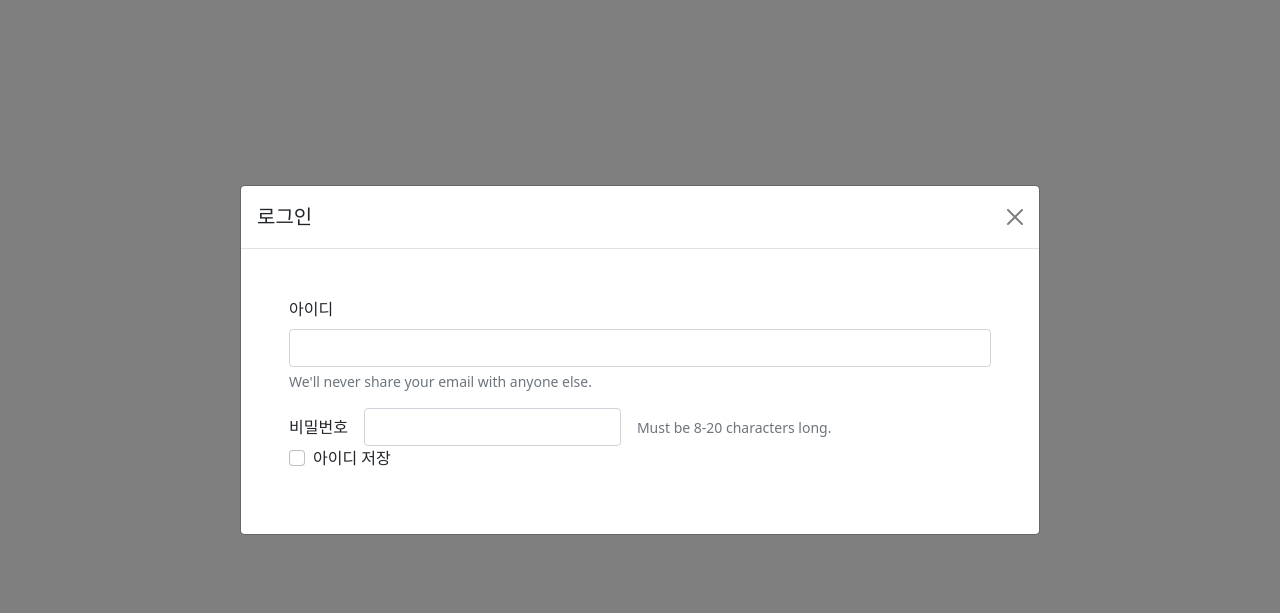
Repository: hyunha95/selfStudy
Page: http://localhost/spring-board/WEB-INF/views/member/login.jsp
An editor plug-in stored every save of this project. The page is shown before and after the next save, followed by the edit.
The browser window is 1280 px wide. The pictures show the whole page.
The page is served by Tomcat 9. Nobody is signed in. Other server files are loaded and not shown. The template is opened directly, without the code that normally fills it, so the values that code supplies are empty.

Above is the page before, as saved 2022-01-15 07:34:37.

### spring_workspace/spring-board/src/main/webapp/WEB-INF/views/member/login.jsp
<%@ page language="java" contentType="text/html; charset=UTF-8"
    pageEncoding="UTF-8"%>
<%@ taglib prefix="c" uri="http://java.sun.com/jsp/jstl/core"%>
<%@ taglib prefix="fmt" uri="http://java.sun.com/jsp/jstl/fmt"%>
<%@ taglib prefix="fn" uri="http://java.sun.com/jsp/jstl/functions"%>
<%@ taglib prefix="sec" uri="http://www.springframework.org/security/tags" %>
<%-- spring-webmvc의존 : security의 csrf토큰 생성 --%>
<%@ taglib prefix="form" uri="http://www.springframework.org/tags/form" %>
<!DOCTYPE html>
<html>
<head>
<!-- Required meta tags -->
<meta charset="utf-8">
<meta name="viewport" content="width=device-width, initial-scale=1">
<title>Insert title here</title>
<script src="https://code.jquery.com/jquery-3.6.0.js" integrity="sha256-H+K7U5CnXl1h5ywQfKtSj8PCmoN9aaq30gDh27Xc0jk=" crossorigin="anonymous"></script>
<link href="https://cdn.jsdelivr.net/npm/bootstrap@5.1.3/dist/css/bootstrap.min.css" rel="stylesheet" integrity="sha384-1BmE4kWBq78iYhFldvKuhfTAU6auU8tT94WrHftjDbrCEXSU1oBoqyl2QvZ6jIW3" crossorigin="anonymous">
<script>
$(() => {
	$(loginModal).modal('show');
});
</script>

</head>
<body>
	<!-- Modal 시작 -->
	<div class="modal fade" id="loginModal" data-bs-backdrop="static" data-bs-keyboard="false" tabindex="-1" aria-labelledby="staticBackdropLabel" aria-hidden="true">
	  <div class="modal-dialog modal-dialog-centered modal-lg">
	    <div class="modal-content">
	      <div class="modal-header">
	        <h5 class="modal-title" id="staticBackdropLabel">로그인</h5>
	        <button type="button" class="btn-close" data-bs-dismiss="modal" aria-label="Close"></button>
	      </div>
	      <form:form class="m-5">
	        <!-- 아이디 -->
	        <div class="mb-3">
			    <label for="exampleInputEmail1" class="form-label">아이디</label>
			    <input type="email" class="form-control" id="exampleInputEmail1" aria-describedby="emailHelp">
			    <div id="emailHelp" class="form-text">We'll never share your email with anyone else.</div>
		    </div>
		    <!-- 비밀번호 -->
			<div class="row g-3 align-items-center">
				  <div class="col-auto">
				    <label for="inputPassword6" class="col-form-label">비밀번호</label>
				  </div>
				  <div class="col-auto">
				    <input type="password" id="inputPassword6" class="form-control" aria-describedby="passwordHelpInline">
				  </div>
				  <div class="col-auto">
				    <span id="passwordHelpInline" class="form-text">
				      Must be 8-20 characters long.
				    </span>
				  </div>
			</div>
			<!-- 아이디 저장 -->
			<div class="mb-3 form-check">
			    <input type="checkbox" class="form-check-input" id="exampleCheck1">
			    <label class="form-check-label" for="exampleCheck1">아이디 저장</label>
			</div>
	      </form:form>
	    </div>
	  </div>
	</div>
	<!-- Modal 끝 -->
	<script src="https://cdn.jsdelivr.net/npm/bootstrap@5.1.3/dist/js/bootstrap.bundle.min.js" integrity="sha384-ka7Sk0Gln4gmtz2MlQnikT1wXgYsOg+OMhuP+IlRH9sENBO0LRn5q+8nbTov4+1p" crossorigin="anonymous"></script>
</body>
</html>

After the next save:
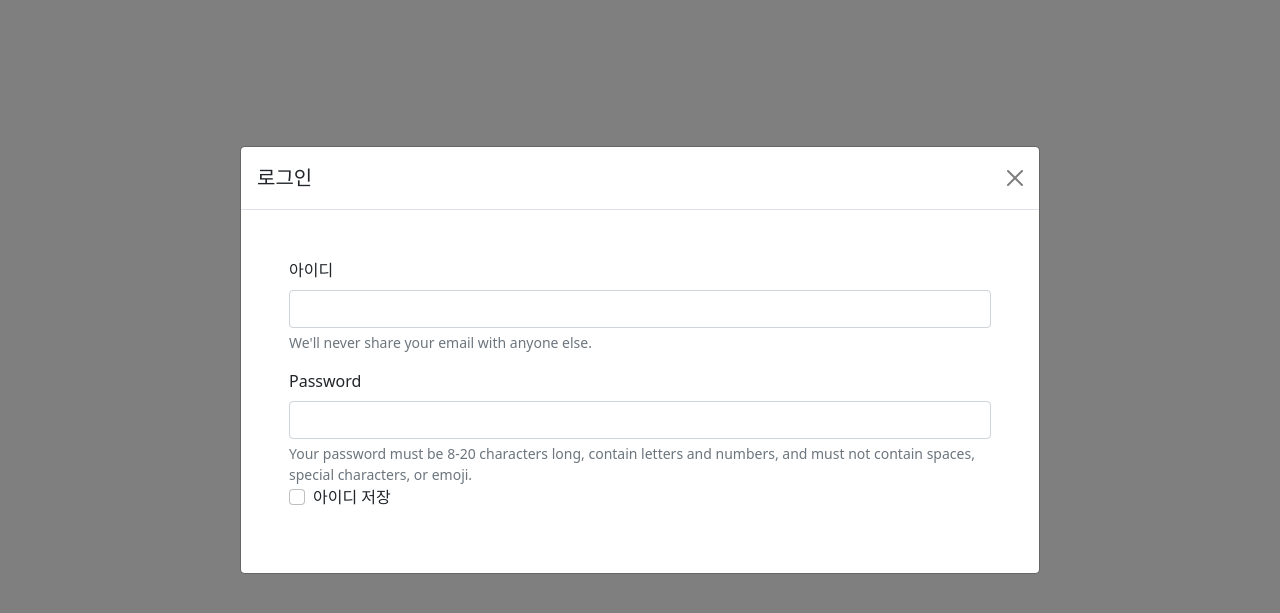
Saved 35 s later.
--- a/spring_workspace/spring-board/src/main/webapp/WEB-INF/views/member/login.jsp
+++ b/spring_workspace/spring-board/src/main/webapp/WEB-INF/views/member/login.jsp
@@ -39,18 +39,10 @@ $(() => {
 			    <div id="emailHelp" class="form-text">We'll never share your email with anyone else.</div>
 		    </div>
 		    <!-- 비밀번호 -->
-			<div class="row g-3 align-items-center">
-				  <div class="col-auto">
-				    <label for="inputPassword6" class="col-form-label">비밀번호</label>
-				  </div>
-				  <div class="col-auto">
-				    <input type="password" id="inputPassword6" class="form-control" aria-describedby="passwordHelpInline">
-				  </div>
-				  <div class="col-auto">
-				    <span id="passwordHelpInline" class="form-text">
-				      Must be 8-20 characters long.
-				    </span>
-				  </div>
+			<label for="inputPassword5" class="form-label">Password</label>
+			<input type="password" id="inputPassword5" class="form-control" aria-describedby="passwordHelpBlock">
+			<div id="passwordHelpBlock" class="form-text">
+			  Your password must be 8-20 characters long, contain letters and numbers, and must not contain spaces, special characters, or emoji.
 			</div>
 			<!-- 아이디 저장 -->
 			<div class="mb-3 form-check">
